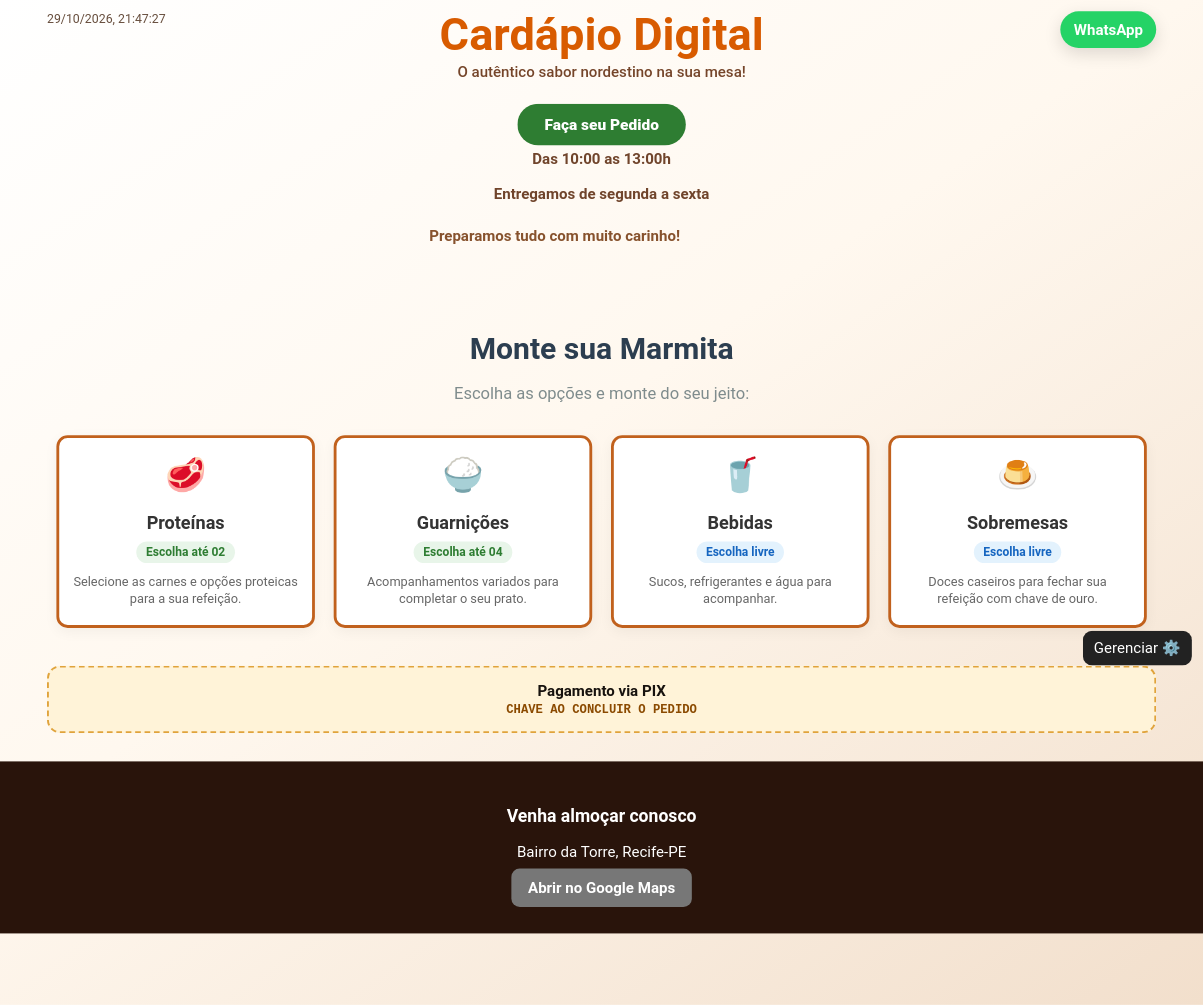
Repository: JeffRodFer/sd-copy-01-frontend
Page: index.html
These files come from the project's save history. The page is drawn as it stood at one moment and after the next save; the edit follows.
The browser window is 1280 px wide. The pictures show the whole page, at 94% of full size.
The page's requests for data from a server got no answer.

Above is the page before, as saved 2026-10-31 23:29:36.

### index.html
<!DOCTYPE html>
<html lang="pt-BR">

<head>
  <meta charset="UTF-8">
  <meta name="viewport" content="width=device-width, initial-scale=1.0">
  <title>Cardápio Digital</title>
  <link rel="stylesheet" href="style.css">
</head>

<body>


  <header class="container">

    <div class="topbar">

      <div id="datetime" class="datetime"></div>


      <div class="brand">

        <h1>
          Cardápio Digital
        </h1>

        <p>
          O autêntico sabor nordestino na sua mesa!
        </p>

      </div>


      <a id="wa-float-link" class="wa-float" href="https://wa.me/5581920036280" target="_blank" rel="noopener">
        WhatsApp
      </a>

    </div>


    <button class="cta" id="openOrder">
      Faça seu Pedido
    </button>


    <div class="notice">
      Das 10:00 as 13:00h <br><br>
      Entregamos de segunda a sexta
    </div>

  </header>


  <main class="container" id="menu"></main>


  <div class="container note">
    Preparamos tudo com muito carinho!
  </div>

  <section class="menu-categories-section">
    <h2>Monte sua Marmita</h2>
    <p class="subtitle">Escolha as opções e monte do seu jeito:</p>

    <div class="categories-grid">
      <!--Card ProteínaS-->
      <div class="category-card">
        <div class="category-icon">🥩</div>
        <h3>Proteínas</h3>
        <span class="badge-limit">Escolha até 02</span>
        <p>Selecione as carnes e opções proteicas para a sua refeição.</p>
      </div>

      <!-- Card Guarnições -->
      <div class="category-card">
        <div class="category-icon">🍚</div>
        <h3>Guarnições</h3>
        <span class="badge-limit">Escolha até 04</span>
        <p>Acompanhamentos variados para completar o seu prato.</p>
      </div>

      <!-- Card Bebidas -->
      <div class="category-card">
        <div class="category-icon">🥤</div>
        <h3>Bebidas</h3>
        <span class="badge-limit livre">Escolha livre</span>
        <p>Sucos, refrigerantes e água para acompanhar.</p>
      </div>

      <!-- Card Sobremesas -->
      <div class="category-card">
        <div class="category-icon">🍮</div>
        <h3>Sobremesas</h3>
        <span class="badge-limit livre">Escolha livre</span>
        <p>Doces caseiros para fechar sua refeição com chave de ouro.</p>
      </div>
    </div>
  </section>


  <div class="container pix">

    <strong>
      Pagamento via PIX
    </strong>

    <br>


    <code>
    CHAVE AO CONCLUIR O PEDIDO
  </code>

  </div>


  <footer class="footer">

    <div class="container">

      <h3>
        Venha almoçar conosco
      </h3>

      <div>
        Bairro da Torre, Recife-PE
      </div>


      <a class="maps" href="https://maps.google.com/?q=Rua+Vermelha+02+Torre" target="_blank" rel="noopener">
        Abrir no Google Maps
      </a>


    </div>

  </footer>


  <button class="manage" id="openAdmin">
    Gerenciar ⚙️
  </button>
  <br>
  <br>
  <br>
  <br>

  <!-- =====================================================
     MODAL DO PEDIDO
     ===================================================== -->

  <div class="overlay hidden" id="orderOverlay">

    <div class="modal">


      <!-- PASSO 1 -->

      <div id="orderStep1" class="step active">

        <h2>
          Faça seu Pedido
        </h2>


        <div id="orderError1" class="error hidden"></div>


        <div class="form-grid">


          <div class="field">

            <label>
              Nome Completo
            </label>

            <input id="customerName" autocomplete="name">

          </div>


          <div class="field">

            <label>
              Telefone
            </label>

            <input id="customerPhone" inputmode="tel" autocomplete="tel" maxlength="15" placeholder="(81) 99999-8888">

          </div>


          <div class="field full">

            <label>
              Endereço de Entrega
            </label>

            <input id="customerAddress" autocomplete="street-address">

          </div>


          <div class="field">

            <label>
              Quantidade de Marmitas
            </label>

            <input id="mealCount" type="number" min="1" max="20" value="1">

          </div>


        </div>


        <div class="delivery">

          <label>

            <input type="radio" name="delivery" value="true" checked>

            Entrega em casa - R$ 5,00

          </label>


          <label>

            <input type="radio" name="delivery" value="false">

            Retirar no Restaurante - R$ 0,00

          </label>

        </div>


        <div class="actions">

          <button class="btn gray" id="closeOrder1">
            Cancelar
          </button>


          <button class="btn green" id="toStep2">
            Continuar
          </button>

        </div>

      </div>


      <!-- PASSO 2 -->

      <div id="orderStep2" class="step">

        <h2>
          Monte suas Marmitas
        </h2>


        <div id="orderError2" class="error hidden"></div>


        <div id="marmitas"></div>


        <div class="actions">

          <button type="button" class="btn gray" id="backStep1">
            Voltar
          </button>


          <button type="button" class="btn green" id="toStep3" onclick="clicarEncerrarPedido(event)">
            Encerrar e seguir
          </button>

        </div>

      </div>


      <!-- PASSO 3 -->
      <div id="orderStep3" class="step">

        <h2>Resumo do Pedido</h2>

        <div id="orderSummary" class="order-text"></div>

        <div id="finalTotal" class="total"></div>

        <div class="actions">
          <button class="btn red" id="cancelFinal">
            Voltar
          </button>

          <button class="btn green" id="sendRestaurant">
            Enviar Pedido ao Restaurante
          </button>
        </div>

      </div>

    </div>

  </div>


  <!-- =====================================================
     MODAL ADMINISTRATIVO
     ===================================================== -->

  <div class="overlay hidden" id="adminOverlay">

    <div class="admin-modal">

      <h2>
        Gerenciar Cardápio
      </h2>


      <div id="adminError" class="error hidden"></div>


      <!-- LOGIN -->

      <div id="adminLogin">

        <div class="field">

          <label>
            Usuário
          </label>

          <input id="adminUser" autocomplete="username" value="admin">

        </div>


        <div class="field" style="margin-top:10px">

          <label>
            Senha
          </label>

          <input id="adminPassword" type="password" autocomplete="current-password">

        </div>


        <div class="actions">

          <button class="btn gray" id="closeAdminLogin">
            Fechar
          </button>


          <button class="btn green" id="adminLoginBtn">
            Entrar
          </button>

        </div>

      </div>


      <!-- PAINEL -->

      <div id="adminPanel" class="hidden">

        <div id="adminItems" class="admin-grid"></div>


        <div class="actions">

          <button class="btn gray" id="adminClose">
            Fechar
          </button>


          <button class="btn green" id="adminSave">
            Salvar alterações
          </button>

        </div>

      </div>

    </div>

  </div>


  <script src="script.js"></script>
</body>

</html>

### style.css
:root {
  --orange: #f57c00;
  --brown: #6d3414;
  --green: #2e7d32;
  --red: #d32f2f;
  --blue: #1976d2;
  --purple: #7b1fa2;
  --cream: #fffaf5;
  --line: #eadfd6;
  --muted: #666;
}

* {
  box-sizing: border-box;
}

html {
  scroll-behavior: smooth;
}

body {
  margin: 0;
  background:
    linear-gradient(145deg,
      #fff 0%,
      #fff8ef 45%,
      #f2dfcc 100%);
  color: #17120e;
  font-family: Roboto, Arial, sans-serif;
  min-height: 100vh;
}

button,
input,
textarea {
  font: inherit;
}

button {
  cursor: pointer;
  border: 0;
}

.container {
  width: min(1180px, 94%);
  margin: auto;
}


/* HEADER */

.topbar {
  display: grid;
  grid-template-columns: 1fr auto 1fr;
  align-items: start;
  padding: 12px 0;
  gap: 10px;
}

.datetime {
  font-size: .82rem;
  color: #674e3d;
}

.brand {
  text-align: center;
}

.brand h1 {
  margin: 0;
  color: #d85b00;
  font-size: clamp(1.8rem, 5vw, 3rem);
  line-height: 1.05;
}

.brand p {
  margin: 5px 0;
  color: #75452a;
  font-weight: 500;
}

.wa-float {
  justify-self: end;
  background: #25d366;
  color: #fff;
  padding: 10px 14px;
  border-radius: 999px;
  text-decoration: none;
  font-weight: 700;
  box-shadow: 0 6px 18px #0002;
}

.cta {
  display: block;
  margin: 8px auto 5px;
  background: var(--green);
  color: #fff;
  border-radius: 999px;
  padding: 12px 28px;
  font-weight: 800;
  font-size: 1rem;
  animation: pulse 2s infinite;
}

.notice {
  text-align: center;
  color: #70442b;
  font-weight: 700;
  margin-bottom: 18px;
}

@keyframes pulse {

  0%,
  100% {
    transform: scale(1);
  }

  50% {
    transform: scale(1.03);
  }
}


/* CARDÁPIO */

.section {
  margin: 20px 0;
}

.section h2 {
  margin: 0 0 12px;
  color: var(--brown);
}

.grid {
  display: grid;
  grid-template-columns:
    repeat(auto-fit,
      minmax(180px, 1fr));
  gap: 10px;
}

.card {
  background: #fff;
  border: 1px solid var(--line);
  border-radius: 14px;
  padding: 14px;
  box-shadow:
    0 3px 12px #5a2a0d12;
}

.card strong {
  display: block;
}

.unavailable {
  opacity: .52;
}

.badge {
  display: inline-block;
  margin-top: 7px;
  font-size: .78rem;
  background: #eee;
  padding: 4px 8px;
  border-radius: 999px;
}

.accent-guarnicoes {
  border-top: 5px solid #8b5a2b;
}

.accent-proteinas {
  border-top: 5px solid #d32f2f;
}

.accent-bebidas {
  border-top: 5px solid #1976d2;
}

.accent-sobremesas {
  border-top: 5px solid #7b1fa2;
}

.note {
  text-align: center;
  font-weight: 700;
  color: #87522d;
  margin: 25px 0;
}

.pix {
  background: #fff3d8;
  border: 2px dashed #e0a33b;
  border-radius: 14px;
  padding: 15px;
  text-align: center;
}

.pix code {
  font-weight: 800;
  color: #8b4a00;
  word-break: break-all;
}


/* FOOTER */

.footer {
  margin-top: 30px;
  background: #29140b;
  color: #fff;
  padding: 28px 0;
  text-align: center;
}

.maps {
  display: inline-block;
  background: #777;
  color: #fff;
  padding: 11px 18px;
  border-radius: 9px;
  text-decoration: none;
  font-weight: 700;
  margin-top: 8px;
}

.manage {
  position: fixed;
  right: 12px;
  bottom: 12px;
  background: #222;
  color: #fff;
  padding: 9px 12px;
  border-radius: 10px;
  z-index: 20;
}


/* MODAIS */

.overlay {
  position: fixed;
  inset: 0;
  background: #0009;
  display: flex;
  align-items: center;
  justify-content: center;
  padding: 12px;
  z-index: 100;
}

.hidden {
  display: none !important;
}

.modal {
  background: #fff;
  width: min(1050px, 100%);
  max-height: 94vh;
  overflow: auto;
  border-radius: 18px;
  box-shadow: 0 20px 70px #0007;
  padding: 22px;
}

.modal h2 {
  color: var(--brown);
  margin: 0 0 18px;
}

.step {
  display: none;
}

/* =====================================================
ESTILOS DA SEÇÃO DE CATEGORIAS (PÁGINA PRINCIPAL)
===================================================== */
.menu-categories-section {
  padding: 40px 20px;
  text-align: center;
  max-width: 1200px;
  margin: 0 auto;
}

.menu-categories-section h2 {
  font-size: 2rem;
  color: #2c3e50;
  margin-bottom: 8px;
  font-weight: 700;
}

.menu-categories-section .subtitle {
  color: #7f8c8d;
  margin-bottom: 35px;
  font-size: 1.1rem;
}

.categories-grid {
  display: grid;
  grid-template-columns: repeat(auto-fit, minmax(250px, 1fr));
  gap: 20px;
  justify-content: center;
}

.category-card {
  background: #ffffff;
  border-radius: 12px;
  padding: 18px 15px;
  box-shadow: 0 4px 15px rgba(0, 0, 0, 0.05);
  transition: transform 0.3s ease, box-shadow 0.3s ease;
  border: 3px solid #c1611d;
  text-align: center;
}

.category-card:hover {
  transform: translateY(-5px);
  box-shadow: 0 8px 25px rgba(233, 83, 46, 0.1);
  border-color: 2px #d85b00;
}

.category-icon {
  font-size: 2.2rem;
  margin-bottom: 8px;
}

.category-card h3 {
  font-size: 1.2rem;
  color: #333333;
  margin-bottom: 8px;
}

.badge-limit {
  display: inline-block;
  background-color: #e8f5e9;
  color: #2e7d32;
  font-weight: 600;
  font-size: 0.8rem;
  padding: 4px 10px;
  border-radius: 20px;
  margin-bottom: 10px;
}

.badge-limit.livre {
  background-color: #e3f2fd;
  color: #1565c0;
}

.category-card p {
  color: #666666;
  font-size: 0.85rem;
  line-height: 1.4;
  margin: 0;
  border-radius: 2px #8b4a00;
}

.step.active {
  display: block;
}


/* FORMULÁRIO */

.form-grid {
  display: grid;
  grid-template-columns: 1fr;
  gap: 12px;
}

.field label {
  display: block;
  font-weight: 700;
  margin-bottom: 5px;
}

.field input,
.field textarea,
.field select {
  width: 100%;
  padding: 11px;
  border: 1px solid #cfcfcf;
  border-radius: 10px;
  background: #fff;
}

.field textarea {
  min-height: 75px;
  resize: vertical;
}

.delivery {
  display: grid;
  gap: 9px;
  margin: 12px 0;
}

.delivery label {
  border: 1px solid #ddd;
  border-radius: 10px;
  padding: 12px;
}


/* MARMITAS - Formato de lista limpa sem cards */
/* Remove o efeito de card das marmitas, deixando apenas as listas corridas */
.marmita {
  border: none;
  border-radius: 0;
  padding: 0;
  margin: 25px 0;
  background: transparent;
  box-shadow: none;
}

/* Deixa o título de cada marmita mais limpo como um separador de seção */
.marmita h3 {
  color: #7b401f;
  font-size: 1.2rem;
  border-bottom: 2px solid #e0d6cc;
  padding-bottom: 8px;
  margin-bottom: 15px;
}

.choice-group {
  margin: 15px 0;
}

.choice-group h4 {
  margin: 0 0 8px;
  color: #333;
}

.choices {
  display: flex;
  flex-direction: column;
  /* Transforma o grid em lista vertical */
  gap: 6px;
  /* Espaçamento limpo entre os itens */
}

.check {
  border: 1px solid #ddd;
  border-radius: 10px;
  padding: 9px;
  background: #fafafa;
}

.check input {
  margin-right: 6px;
}

.limit {
  font-size: .8rem;
  color: var(--muted);
  margin: 5px 0;
}


/*
  IMPORTANTE:
  A linha de quantidade agora é uma GRID
  com nome + preço + menos + quantidade + mais.
  Assim o + nunca cai para a linha de baixo.
*/

.qty-list {
  display: grid;
  gap: 7px;
}

.qty-row {
  display: grid;

  grid-template-columns:
    minmax(0, 1fr) auto auto auto auto;

  align-items: center;

  gap: 8px;

  border: 1px solid #eee;
  border-radius: 11px;
  padding: 8px;

  background: #faf8f6;
}

.qty-name {
  min-width: 0;
  font-weight: 700;
  overflow-wrap: anywhere;
}

.qty-price {
  font-size: .9rem;
  color: #555;
  white-space: nowrap;
}

.qty-btn {
  width: 36px;
  height: 36px;
  border-radius: 9px;
  background: #eee;
  font-weight: 900;
  font-size: 1.1rem;
}

.qty-value {
  min-width: 22px;
  text-align: center;
  font-weight: 800;
}


/* BOTÕES */

.actions {
  display: flex;
  gap: 10px;
  justify-content: flex-end;
  flex-wrap: wrap;
  margin-top: 18px;
}

.btn {
  padding: 12px 18px;
  border-radius: 10px;
  font-weight: 800;
}

.btn.green {
  background: #2e7d32;
  color: #fff;
}

.btn.red {
  background: #e57373;
  color: #fff;
}

.btn.gray {
  background: #eee;
}

.total {
  font-size: 1.2rem;
  text-align: right;
  color: #18752b;
  font-weight: 900;
  margin-top: 14px;
}

.error {
  background: #ffe5e5;
  color: #9b1c1c;
  padding: 10px;
  border-radius: 9px;
  margin: 10px 0;
}

.order-text {
  background: #f5f5f5;
  padding: 14px;
  border-radius: 12px;
  white-space: pre-wrap;
  font-family: monospace;
  line-height: 1.45;
}


/* ADMIN */

.admin-modal {
  background: #f5f5f5;
  width: min(1100px, 100%);
  max-height: 92vh;
  overflow: auto;
  border-radius: 18px;
  padding: 20px;
}

.admin-grid {
  display: grid;
  grid-template-columns: 1fr;
  gap: 16px;
}

.admin-section {
  background: #fff;
  padding: 14px;
  border-radius: 14px;
}

.admin-item {
  display: flex;
  align-items: center;
  justify-content: space-between;
  gap: 10px;
  padding: 9px 0;
  border-bottom: 1px solid #eee;
}

.admin-item:last-child {
  border-bottom: 0;
}

.switch {
  position: relative;
  width: 50px;
  height: 28px;
  flex: 0 0 auto;
}

.switch input {
  display: none;
}

.slider {
  position: absolute;
  inset: 0;
  background: #bbb;
  border-radius: 30px;
}

.slider:before {
  content: "";
  position: absolute;
  width: 22px;
  height: 22px;
  left: 3px;
  top: 3px;
  background: #fff;
  border-radius: 50%;
  transition: .2s;
}

.switch input:checked+.slider {
  background: #2e7d32;
}

.switch input:checked+.slider:before {
  transform: translateX(22px);
}


/* RESPONSIVO */

@media(min-width:700px) {

  .form-grid {
    grid-template-columns:
      1fr 1fr;
  }

  .form-grid .full {
    grid-column: 1/-1;
  }

  .admin-grid {
    grid-template-columns:
      1fr 1fr;
  }

}


@media(max-width:600px) {

  .topbar {
    grid-template-columns:
      1fr auto;
  }

  .brand {
    grid-column: 1/-1;
    grid-row: 1;
  }

  .datetime {
    grid-column: 1;
  }

  .wa-float {
    grid-column: 2;
  }

  /*
    Mantém TODOS os controles da bebida
    na mesma linha.
  */

  .qty-row {
    grid-template-columns:
      minmax(0, 1fr) auto auto auto auto;
  }

  .qty-price {
    font-size: .8rem;
  }

  .modal {
    padding: 15px;
  }

  .actions .btn {
    flex: 1 1 100%;
  }

}

Loaded but not shown: script.js (1565 lines, source omitted)

After the next save:
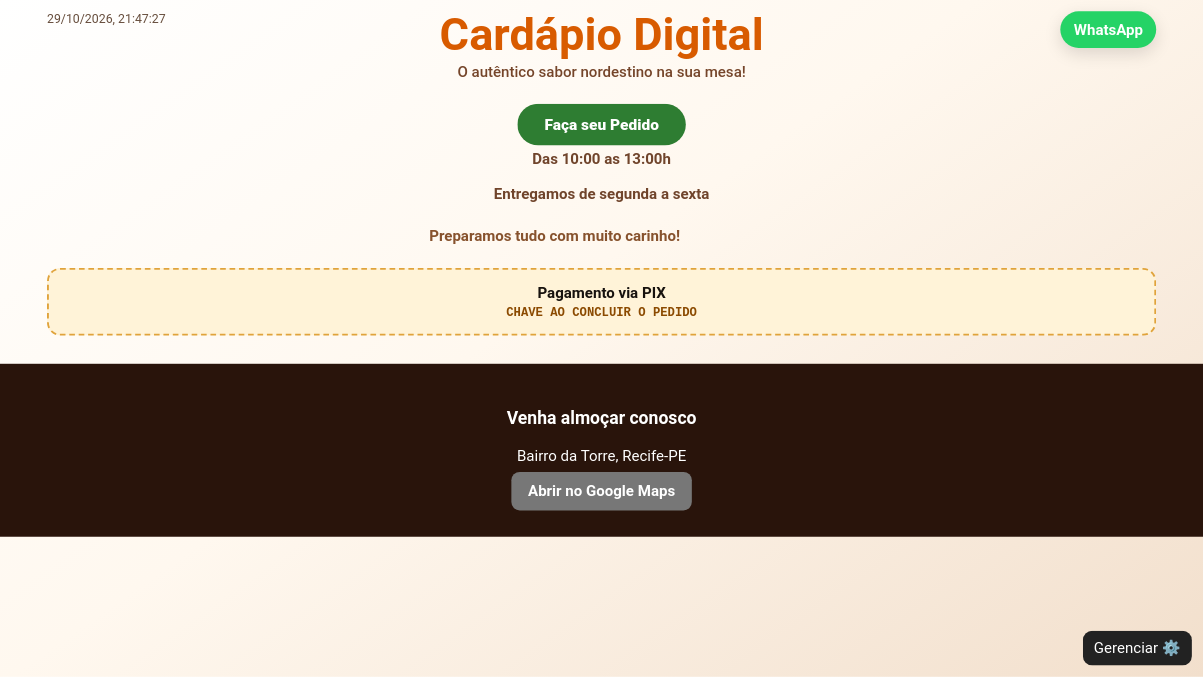
Saved 4 min 4 s later.
--- a/index.html
+++ b/index.html
@@ -58,44 +58,7 @@
     Preparamos tudo com muito carinho!
   </div>
 
-  <section class="menu-categories-section">
-    <h2>Monte sua Marmita</h2>
-    <p class="subtitle">Escolha as opções e monte do seu jeito:</p>
-
-    <div class="categories-grid">
-      <!--Card ProteínaS-->
-      <div class="category-card">
-        <div class="category-icon">🥩</div>
-        <h3>Proteínas</h3>
-        <span class="badge-limit">Escolha até 02</span>
-        <p>Selecione as carnes e opções proteicas para a sua refeição.</p>
-      </div>
-
-      <!-- Card Guarnições -->
-      <div class="category-card">
-        <div class="category-icon">🍚</div>
-        <h3>Guarnições</h3>
-        <span class="badge-limit">Escolha até 04</span>
-        <p>Acompanhamentos variados para completar o seu prato.</p>
-      </div>
-
-      <!-- Card Bebidas -->
-      <div class="category-card">
-        <div class="category-icon">🥤</div>
-        <h3>Bebidas</h3>
-        <span class="badge-limit livre">Escolha livre</span>
-        <p>Sucos, refrigerantes e água para acompanhar.</p>
-      </div>
-
-      <!-- Card Sobremesas -->
-      <div class="category-card">
-        <div class="category-icon">🍮</div>
-        <h3>Sobremesas</h3>
-        <span class="badge-limit livre">Escolha livre</span>
-        <p>Doces caseiros para fechar sua refeição com chave de ouro.</p>
-      </div>
-    </div>
-  </section>
+
 
 
   <div class="container pix">
